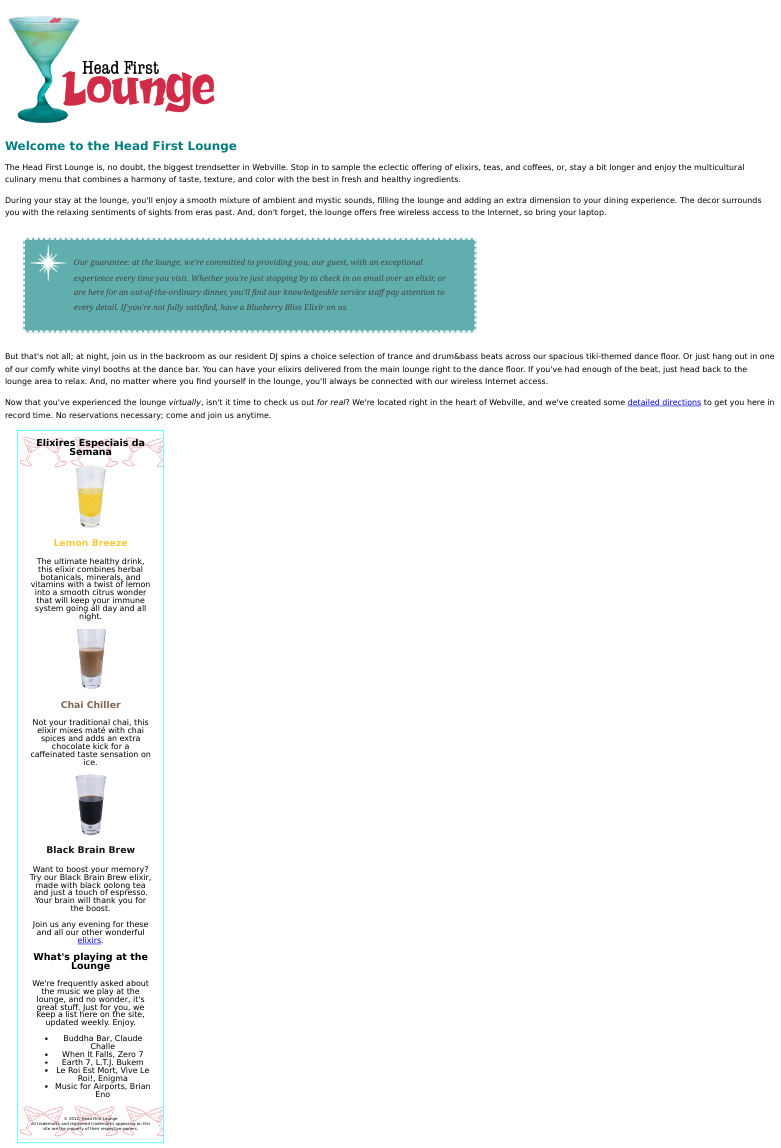
Repository: msruan/headfirst
Page: lounge/lounge.html
These files come from the project's save history. The page is drawn as it stood at one moment and after a run of saves; the edit follows.
The browser window is 1280 px wide. The pictures show the whole page, at 61% of full size.

Above is the page before, as saved 2024-03-24 11:35:13.

After the next 6 saves:
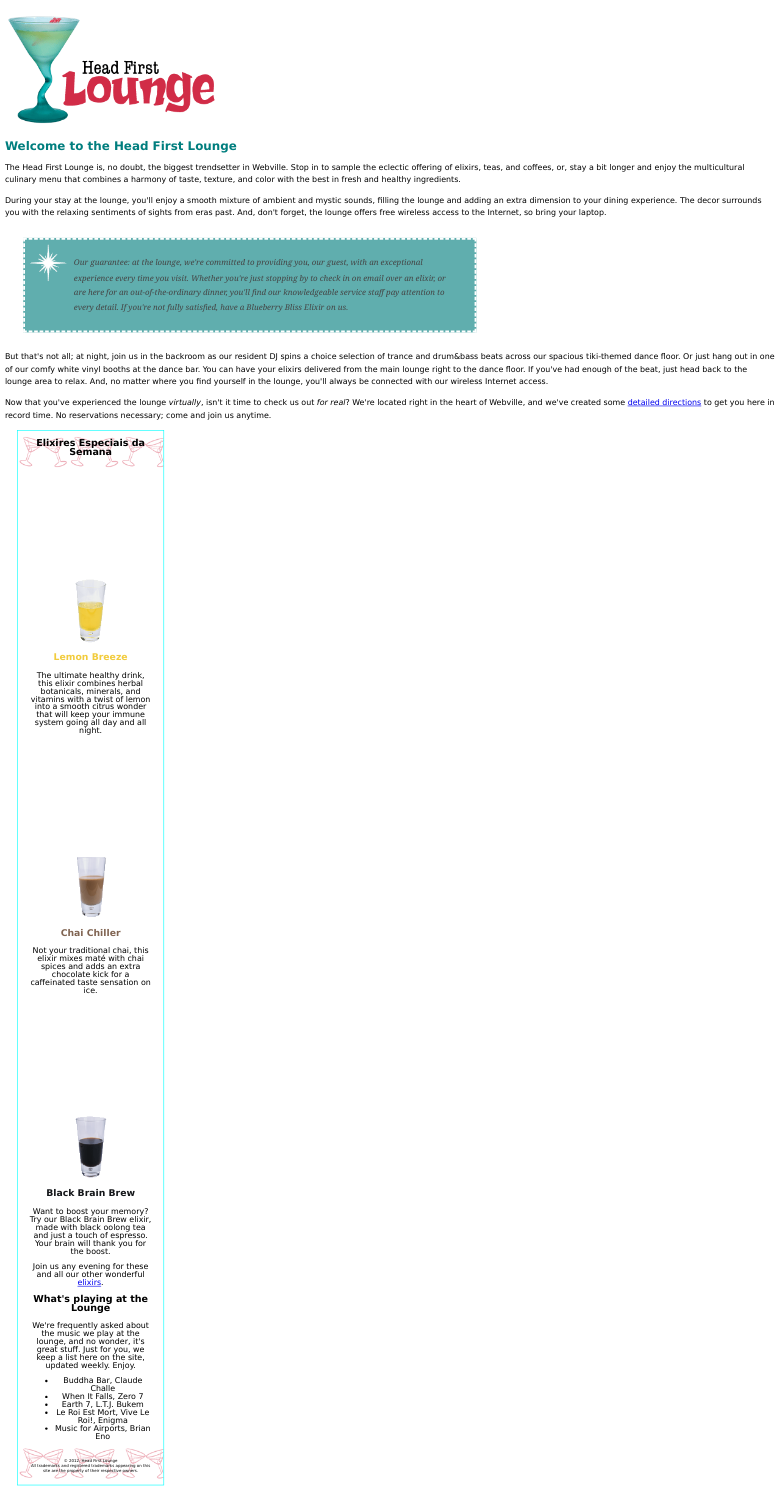
The 6 saves are shown as one change because they came seconds apart.
The last was saved 19 s later.
--- a/lounge/lounge.css
+++ b/lounge/lounge.css
@@ -45,7 +45,9 @@
               url(images/cocktail.gif) repeat-x bottom left;
 }
 
-#elixires e
+#elixires .elixires-drink {
+  margin-top: 200px;
+}
 
 
 #elixires blockquote h2 > p {
